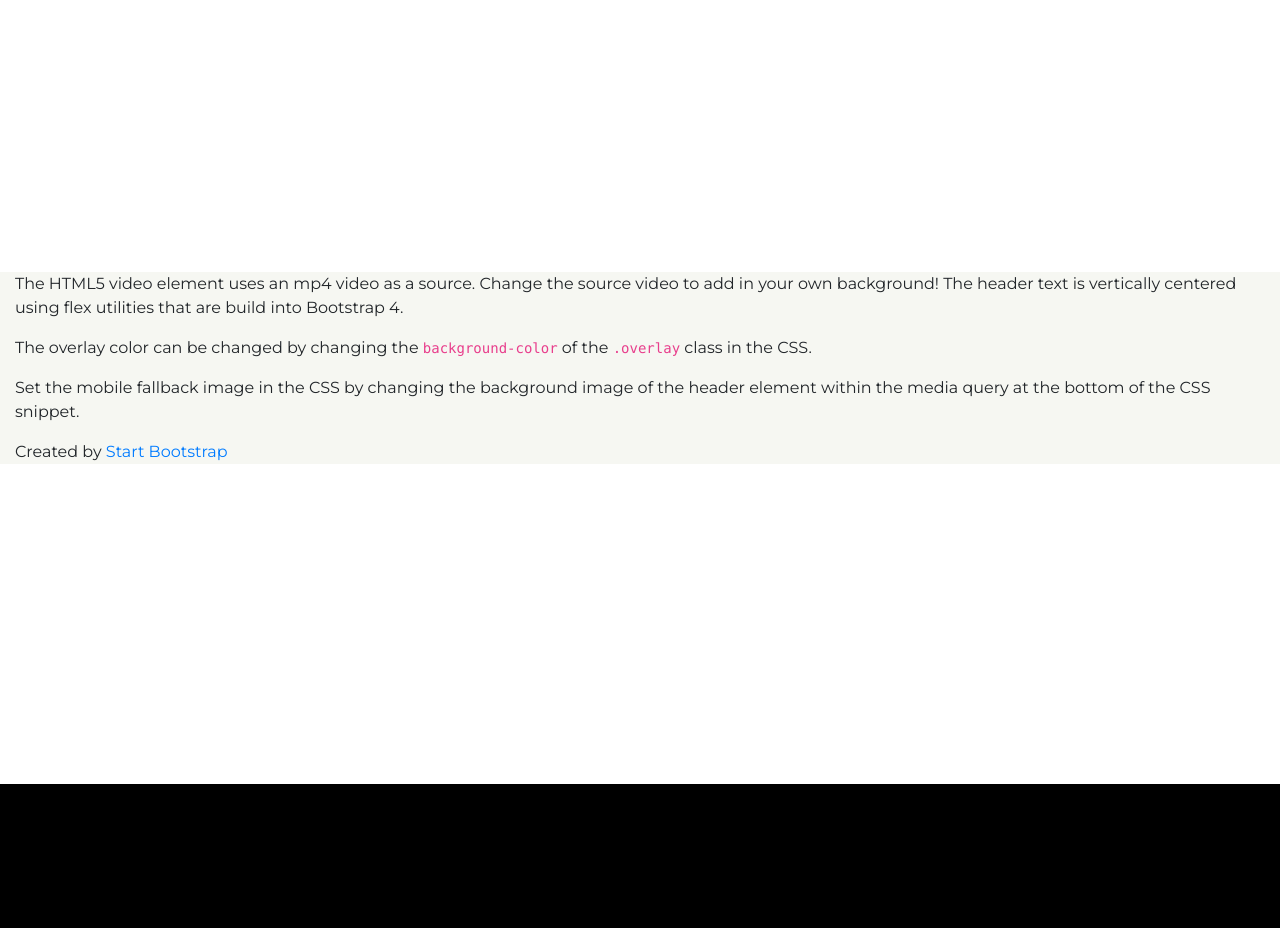
Repository: ErikBaer/thankyouhiphop
Page: index.html
The author's editor kept a copy of each file at every save. The page is drawn from the files as they stood at one save, then again after the next save.
The browser window is 1280 px wide. The pictures show the part of the page from y = 960 to 1912 px (the page is 1888 px tall before and 1912 px after).
A picture or video elsewhere on the page could not be fetched, so the positions and the page height are approximate. Some web libraries are served in a nearby version.

Above is the page before, as saved 2020-05-08 09:23:05.

### index.html
<!DOCTYPE html>
<html>

<head>
  <title>Startup</title>

  <!-- Required meta tags -->
  <meta charset="utf-8">
  <meta name="viewport" content="width=device-width, initial-scale=1, shrink-to-fit=no">

  <!-- Google Fonts -->
  <link href="https://fonts.googleapis.com/css?family=Montserrat" rel="stylesheet">

  <!-- Bootstrap CSS from a CDN. This way you don't have to include the bootstrap file yourself -->
  <link rel="stylesheet" href="https://stackpath.bootstrapcdn.com/bootstrap/4.3.1/css/bootstrap.min.css"
    integrity="sha384-ggOyR0iXCbMQv3Xipma34MD+dH/1fQ784/j6cY/iJTQUOhcWr7x9JvoRxT2MZw1T" crossorigin="anonymous">

  <!-- Your own stylesheet -->
  <link rel="stylesheet" type="text/css" href="style.css">
</head>

<body>
  <header>
    <!-- <div class="overlay"></div> -->
    <video playsinline="playsinline" autoplay="autoplay" muted="muted" loop="loop">
      <source src="./assets/Pexels Videos 3531.mp4" type="video/mp4">
    </video>
    <div class="container h-100">
      <div class="d-flex h-100 text-center align-items-center punch">
        <div class="w-100 text-white">
          <p class="lead mb-0">Each one teach one - Stay real never change</p>
          <h1 class="display-3">Thank You Hip Hop</h1>
          <hr>
          <button>Join the Movement</button>
        </div>

      </div>
    </div>
  </header>


  <div class="container-fluid">
    <div class="row">
      <div class="col-md-12 mx-auto second">
        <p>The HTML5 video element uses an mp4 video as a source. Change the source video to add in your own
          background! The header text is vertically centered using flex utilities that are build into Bootstrap 4.</p>
        <p>The overlay color can be changed by changing the <code>background-color</code> of the <code>.overlay</code>
          class in the CSS.</p>
        <p>Set the mobile fallback image in the CSS by changing the background image of the header element within the
          media query at the bottom of the CSS snippet.</p>
        <p class="mb-0">
          Created by <a href="https://startbootstrap.com">Start Bootstrap</a>
        </p>
      </div>
    </div>
  </div>

  <div class="container-fluid">
    <div class="row">
      <div class="col-md-12 mx-auto second">
        <p>The HTML5 video element uses an mp4 video as a source. Change the source video to add in your own
          background! The header text is vertically centered using flex utilities that are build into Bootstrap 4.</p>
        <p>The overlay color can be changed by changing the <code>background-color</code> of the <code>.overlay</code>
          class in the CSS.</p>
        <p>Set the mobile fallback image in the CSS by changing the background image of the header element within the
          media query at the bottom of the CSS snippet.</p>
        <p class="mb-0">
          Created by <a href="https://startbootstrap.com">Start Bootstrap</a>
        </p>
      </div>
    </div>
  </div>

  <section>
    <div class="container-fluid footer">
      <div class="row">
        <div class="col-md-12 mx-auto footer">
        </div>
      </div>
    </div>
  </section>


  <script src="https://code.jquery.com/jquery-3.2.1.slim.min.js"
    integrity="sha384-KJ3o2DKtIkvYIK3UENzmM7KCkRr/rE9/Qpg6aAZGJwFDMVNA/GpGFF93hXpG5KkN"
    crossorigin="anonymous"></script>
  <script src="https://cdnjs.cloudflare.com/ajax/libs/popper.js/1.12.9/umd/popper.min.js"
    integrity="sha384-ApNbgh9B+Y1QKtv3Rn7W3mgPxhU9K/ScQsAP7hUibX39j7fakFPskvXusvfa0b4Q"
    crossorigin="anonymous"></script>
  <script src="https://maxcdn.bootstrapcdn.com/bootstrap/4.0.0/js/bootstrap.min.js"
    integrity="sha384-JZR6Spejh4U02d8jOt6vLEHfe/JQGiRRSQQxSfFWpi1MquVdAyjUar5+76PVCmYl"
    crossorigin="anonymous"></script>
  <script src="./script.js"></script>
</body>

</html>

### style.css
body,
html {
  width: 100%;
  height: 100%;
  font-family: 'Montserrat', sans-serif;
}

@font-face {
  font-family: 'SEGA LOGO FONT';
  font-style: normal;
  font-weight: normal;
  src: local('SEGA LOGO FONT'), url('SEGA.woff') format('woff');
  }

h1 {
  font-size: 3em;
  color: #3669f7;
  margin-top:3rem;
font-family: 'SEGA LOGO FONT';
}

.punch {
  height:50vh;
  padding-bottom:10rem;
}

button{
  background-color: #3669f7;
  border-width:0px;
  padding:0.5rem 2rem;
  color:white;
}

hr {
  border-color: #3669f7;
  border-width: 4px;
  max-width: 420px;
  margin:3rem auto;
}

.buffer {
  height: 10rem;
}

.btn {
  font-weight: 700;
  border-radius: 300px;
  text-transform: uppercase;
}

.btn-primary:hover {
background-color: #3669f7 ;
border-width: 10px;
transition: linear;
}

.btn-xl {
  padding: 1rem 2rem;
}

header {
  position: relative;
  background-color: black;
  height: 100%;
  min-height: 25rem;
  width: 100%;
  overflow: hidden;
}

header video {
  position: fixed;
  top: 50%;
  left: 50%;
  min-width: 100%;
  min-height: 100%;
  width: auto;
  height: auto;
  z-index: 0;
  -ms-transform: translateX(-50%) translateY(-50%);
  -moz-transform: translateX(-50%) translateY(-50%);
  -webkit-transform: translateX(-50%) translateY(-50%);
  transform: translateX(-50%) translateY(-50%);

}

header .container {
  position: relative;
  z-index: 2;
  margin: 0 auto;
}

header .overlay {
  position: absolute;
  top: 0;
  left: 0;
  height: 100%;
  width: 100%;
  margin: 0 auto;
  background-color: black;
  opacity: 0.5;
  z-index: 1;
}

@media (pointer: coarse) and (hover: none) {
  header {
    background: url('https://source.unsplash.com/XT5OInaElMw/1600x900') black no-repeat center center scroll;
  }
  header video {
    display: none;
  }
}

.second {
  background-color: #f6f7f2;
  width:100vh;
  opacity:1;
  margin-left:0 0;
  margin-bottom:20rem;
}

.footer {
  height:20vh;
  background-color:black;
}

Loaded but not shown: script.js (no stored copy; drawn as an empty file)

After the next save:
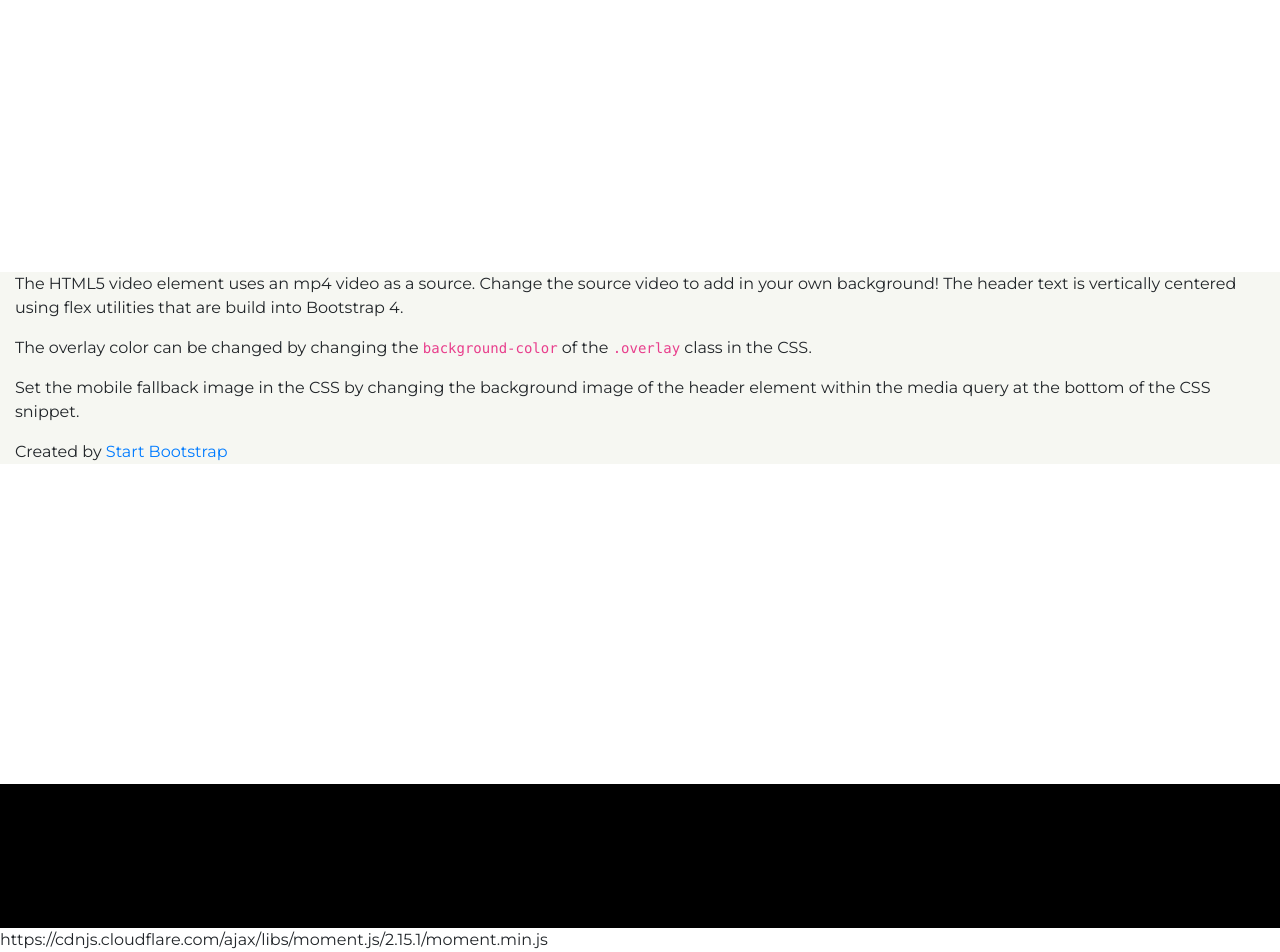
Saved 44 s later.
--- a/index.html
+++ b/index.html
@@ -90,6 +90,7 @@
   <script src="https://maxcdn.bootstrapcdn.com/bootstrap/4.0.0/js/bootstrap.min.js"
     integrity="sha384-JZR6Spejh4U02d8jOt6vLEHfe/JQGiRRSQQxSfFWpi1MquVdAyjUar5+76PVCmYl"
     crossorigin="anonymous"></script>
+  https://cdnjs.cloudflare.com/ajax/libs/moment.js/2.15.1/moment.min.js
   <script src="./script.js"></script>
 </body>
 

After the save that followed:
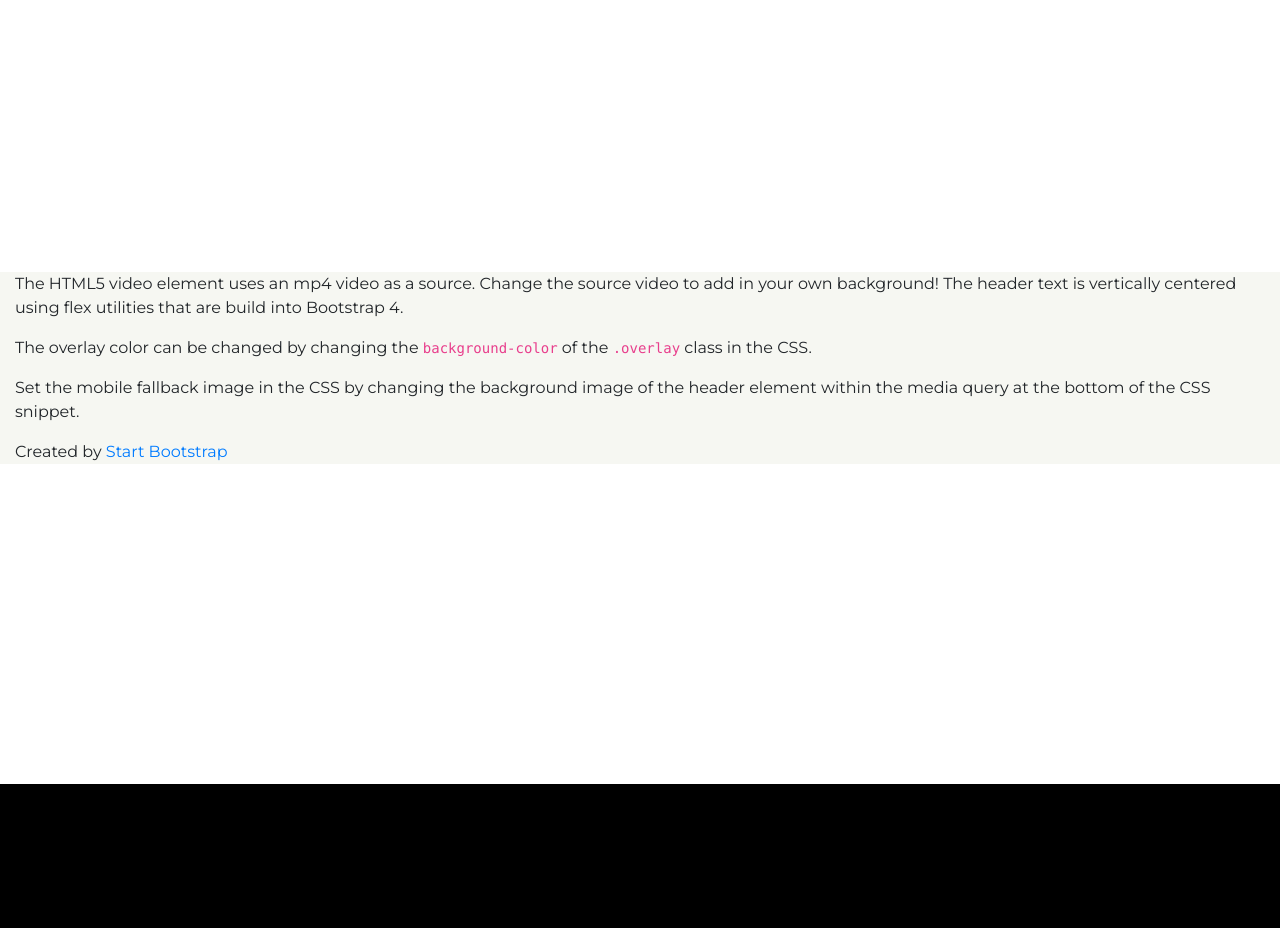
Saved 60 s later.
--- a/index.html
+++ b/index.html
@@ -90,7 +90,8 @@
   <script src="https://maxcdn.bootstrapcdn.com/bootstrap/4.0.0/js/bootstrap.min.js"
     integrity="sha384-JZR6Spejh4U02d8jOt6vLEHfe/JQGiRRSQQxSfFWpi1MquVdAyjUar5+76PVCmYl"
     crossorigin="anonymous"></script>
-  https://cdnjs.cloudflare.com/ajax/libs/moment.js/2.15.1/moment.min.js
+  <script src="https://cdnjs.cloudflare.com/ajax/libs/moment.js/2.15.1/moment.min.js"></script>
+  <script src="https://cdnjs.cloudflare.com/ajax/libs/moment.js/2.15.1/moment.min.js"></script>
   <script src="./script.js"></script>
 </body>
 
